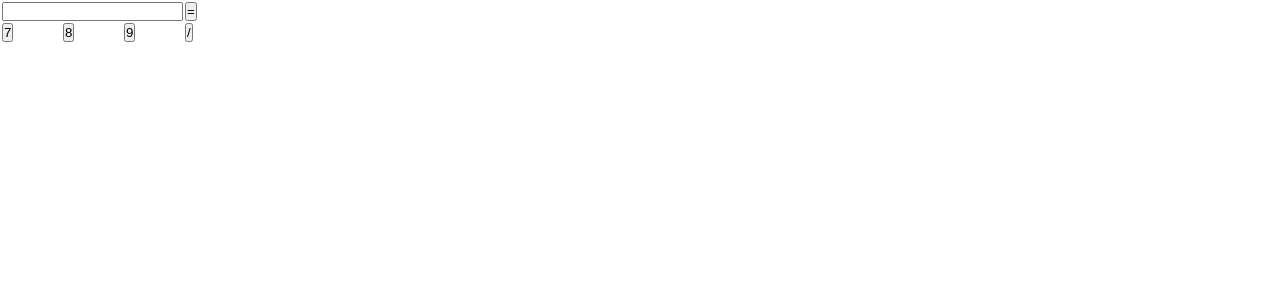
Repository: Seryozha02/CalculatorAndStopwatch
Page: calculator.html
These files come from the project's save history. The page is drawn as it stood at one moment and after a run of saves; the edit follows.
The browser window is 1280 px wide. The pictures show the whole page.

Above is the page before, as saved 2022-10-03 17:35:40.

After the next 7 saves:
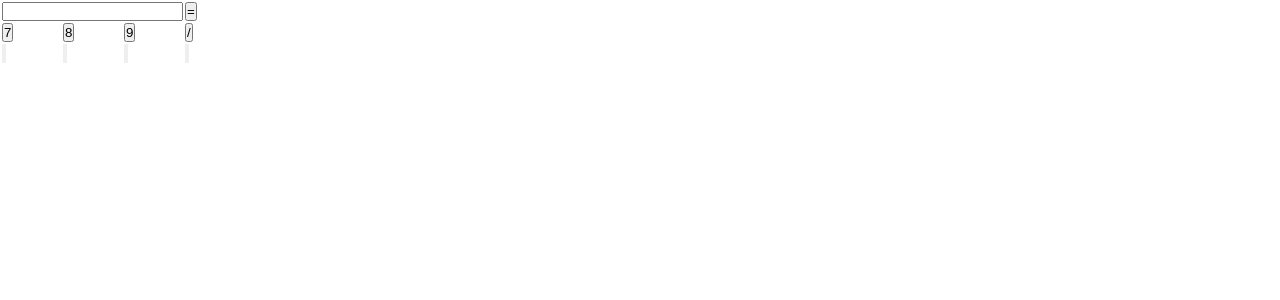
The 7 saves are shown as one change because they came seconds apart.
The last was saved 24 s later.
--- a/calculator.html
+++ b/calculator.html
@@ -19,7 +19,12 @@
       <td><input type="button" value="9" onclick="display(('9'))"></td>
       <td><input type="button" value="/" onclick="display(('/'))"></td>
     </tr>
-
+    <tr>
+      <td><input type="button" value="" onclick="display((''))"></td>
+      <td><input type="button" value="" onclick="display((''))"></td>
+      <td><input type="button" value="" onclick="display((''))"></td>
+      <td><input type="button" value="" onclick="display((''))"></td>
+    </tr>
   </table>
 </body>
   <script src="calculator.js"></script>
